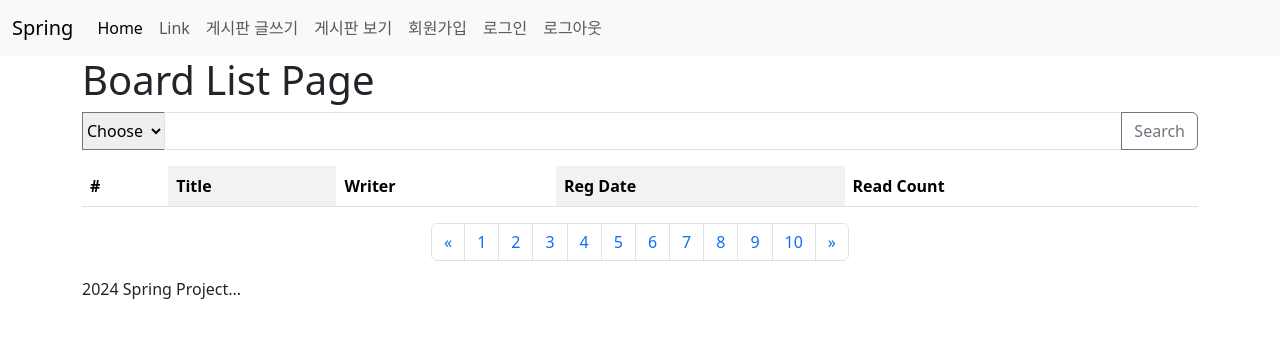
Repository: gajami-kim/240430_Spring_Study
Page: http://localhost/spring_study/WEB-INF/views/board/list.jsp
These files come from the project's save history. The page is drawn as it stood at one moment and after the next save; the edit follows.
The browser window is 1280 px wide. The pictures show the whole page.
The page is served by Tomcat 9. Nobody is signed in. The template is opened directly, without the code that normally fills it, so the values that code supplies are empty.

Above is the page before, as saved 2024-04-24 08:25:20.

### spring_study/src/main/webapp/WEB-INF/views/board/list.jsp
<%@ page language="java" contentType="text/html; charset=UTF-8"
    pageEncoding="UTF-8"%>
    <%@ taglib uri="http://java.sun.com/jsp/jstl/core" prefix="c" %>
<jsp:include page="../layout/header.jsp" />
<div class="container-sm">
	<h1>Board List Page</h1>

	<!-- 검색라인 -->
	<form action="">
		<div class="input-group mb-3">
		  <select name="type">
		  	<option>Choose</option>
		  	<option value="t">Title</option>
		  	<option value="w">Writer</option>
		  	<option value="c">Content</option>
		  </select>
		  <input type="text" class="form-control" aria-label="Text input with dropdown button">
		  <button class="btn btn-outline-secondary" type="button" id="button-addon2">Search</button>
		</div>

	</form>
	<table class="table table-striped-columns">
		<thead>
			<tr>
				<th>#</th>
				<th>Title</th>
				<th>Writer</th>
				<th>Reg Date</th>
				<th>Read Count</th>
			</tr>
		</thead>
		<c:forEach items="${list }" var="bvo">
		<tbody>
			<tr>
				<td>${bvo.bno }</td>
				<td><a href="/board/detail?bno=${bvo.bno }">${bvo.title }</a></td>
				<td>${bvo.writer }</td>
				<td>${bvo.reg_date }</td>
				<td>${bvo.read_count }</td>
			</tr>
		</tbody>
		</c:forEach>
	</table>
	<!-- 페이지네이션 라인 -->
	<nav aria-label="Page navigation example">
	  <ul class="pagination justify-content-center">
	    <li class="page-item">
	      <a class="page-link" href="#" aria-label="Previous">
	        <span aria-hidden="true">&laquo;</span>
	      </a>
	    </li>
	    <c:forEach begin="1" end="10" var="i">
		    <li class="page-item"><a class="page-link" href="#">${i }</a></li>
	    </c:forEach>
	    <li class="page-item">
	      <a class="page-link" href="#" aria-label="Next">
	        <span aria-hidden="true">&raquo;</span>
	      </a>
	    </li>
	  </ul>
	</nav>
</div>
<jsp:include page="../layout/footer.jsp" />

### spring_study/src/main/webapp/WEB-INF/views/layout/header.jsp
<%@ page language="java" contentType="text/html; charset=UTF-8"
    pageEncoding="UTF-8"%>
<!DOCTYPE html>
<html>
<head>
<meta charset="UTF-8">
<title>header.jsp</title>
</head>
<link href="https://cdn.jsdelivr.net/npm/bootstrap@5.3.3/dist/css/bootstrap.min.css" rel="stylesheet" integrity="sha384-QWTKZyjpPEjISv5WaRU9OFeRpok6YctnYmDr5pNlyT2bRjXh0JMhjY6hW+ALEwIH" crossorigin="anonymous">
<script src="https://cdn.jsdelivr.net/npm/bootstrap@5.3.3/dist/js/bootstrap.bundle.min.js" integrity="sha384-YvpcrYf0tY3lHB60NNkmXc5s9fDVZLESaAA55NDzOxhy9GkcIdslK1eN7N6jIeHz" crossorigin="anonymous"></script>
<body>
<nav class="navbar navbar-expand-lg bg-body-tertiary">
  <div class="container-fluid">
    <a class="navbar-brand" href="#">Spring</a>
    <button class="navbar-toggler" type="button" data-bs-toggle="collapse" data-bs-target="#navbarSupportedContent" aria-controls="navbarSupportedContent" aria-expanded="false" aria-label="Toggle navigation">
      <span class="navbar-toggler-icon"></span>
    </button>
    <div class="collapse navbar-collapse" id="navbarSupportedContent">
      <ul class="navbar-nav me-auto mb-2 mb-lg-0">
        <li class="nav-item">
          <a class="nav-link active" aria-current="page" href="#">Home</a>
        </li>
        <li class="nav-item">
          <a class="nav-link" href="#">Link</a>
        </li>
        <li class="nav-item">
          <a class="nav-link" href="/board/register">게시판 글쓰기</a>
        </li>
        <li class="nav-item">
          <a class="nav-link" href="/board/list">게시판 보기</a>
        </li>
        <li class="nav-item">
          <a class="nav-link" href="#">회원가입</a>
        </li>
        <li class="nav-item">
          <a class="nav-link" href="#">로그인</a>
        </li>
        <li class="nav-item">
          <a class="nav-link" href="#">로그아웃</a>
        </li>
      </ul>
    </div>
  </div>
</nav>

### spring_study/src/main/webapp/WEB-INF/views/layout/footer.jsp
<%@ page language="java" contentType="text/html; charset=UTF-8"
    pageEncoding="UTF-8"%>

<div class="container-sm">
	2024 Spring Project...
</div>

</body>
</html>

After the next save:
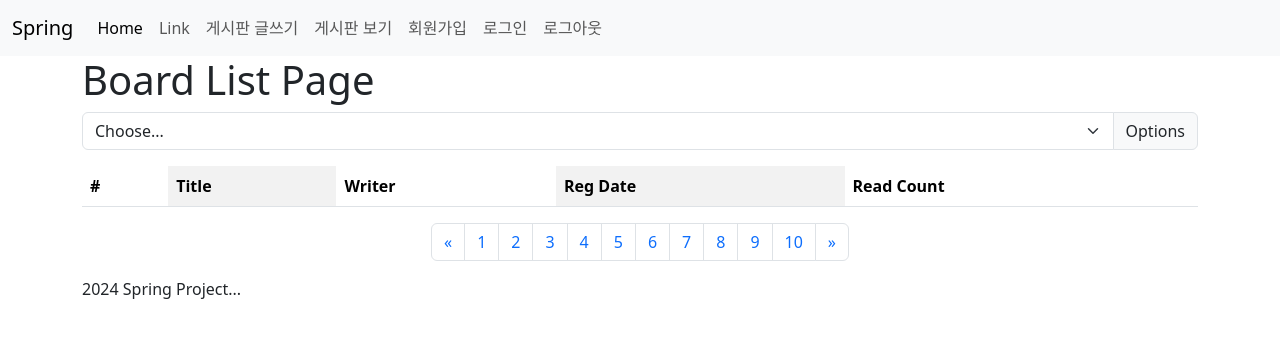
Saved 14 min 36 s later.
--- a/spring_study/src/main/webapp/WEB-INF/views/board/list.jsp
+++ b/spring_study/src/main/webapp/WEB-INF/views/board/list.jsp
@@ -8,16 +8,14 @@
 	<!-- 검색라인 -->
 	<form action="">
 		<div class="input-group mb-3">
-		  <select name="type">
-		  	<option>Choose</option>
-		  	<option value="t">Title</option>
-		  	<option value="w">Writer</option>
-		  	<option value="c">Content</option>
+		  <select class="form-select" id="inputGroupSelect02">
+		    <option selected>Choose...</option>
+		    <option value="1">One</option>
+		    <option value="2">Two</option>
+		    <option value="3">Three</option>
 		  </select>
-		  <input type="text" class="form-control" aria-label="Text input with dropdown button">
-		  <button class="btn btn-outline-secondary" type="button" id="button-addon2">Search</button>
+		  <label class="input-group-text" for="inputGroupSelect02">Options</label>
 		</div>
-
 	</form>
 	<table class="table table-striped-columns">
 		<thead>
